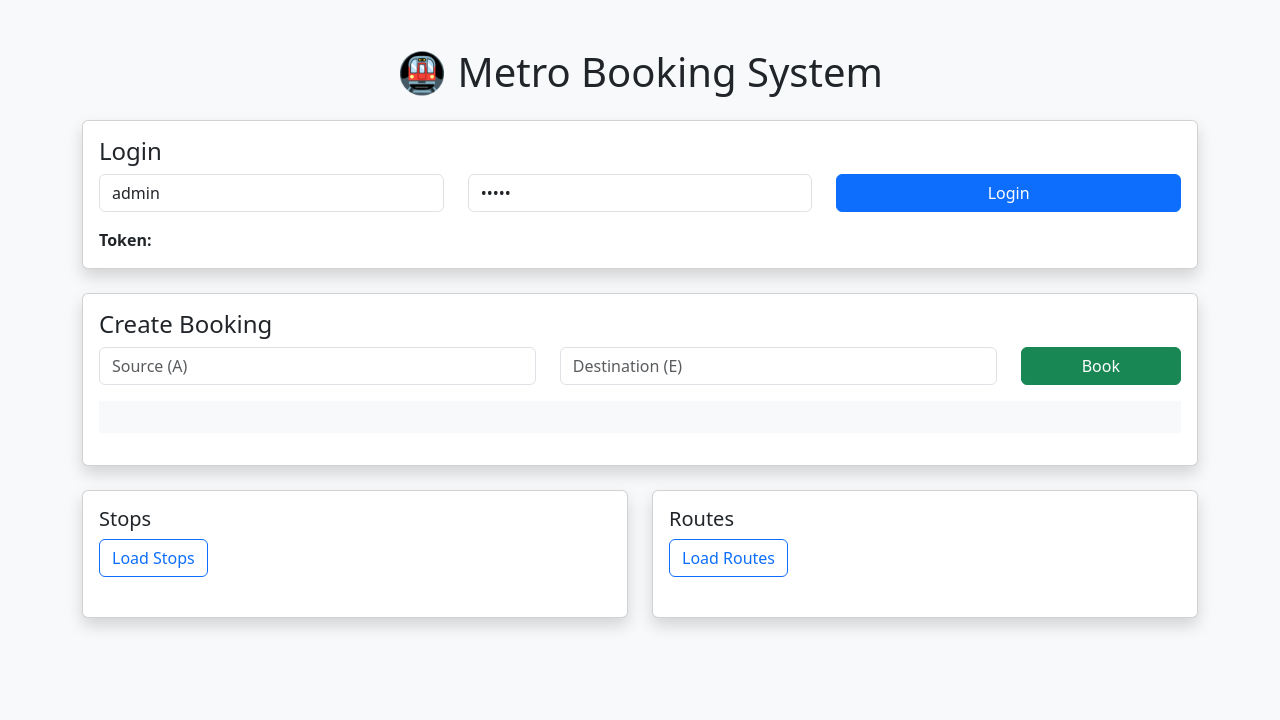
Repository: aksah72/Metro-Booking-System
Page: MetroBookingService/ui/index.html
These files come from the project's save history. The page is drawn as it stood at one moment and after the next save; the edit follows.
The browser window is 1280 px wide. The pictures show the whole page.

Above is the page before, as saved 2026-02-21 12:30:19.

### MetroBookingService/ui/index.html
<!DOCTYPE html>
<html>
<head>
    <title>Metro Booking System</title>

    <!-- Bootstrap CDN -->
    <link href="https://cdn.jsdelivr.net/npm/bootstrap@5.3.2/dist/css/bootstrap.min.css" rel="stylesheet">

</head>

<body class="bg-light">

<div class="container mt-5">

    <h1 class="text-center mb-4">🚇 Metro Booking System</h1>

    <!-- Login Card -->
    <div class="card shadow mb-4">
        <div class="card-body">
            <h4>Login</h4>

            <div class="row">
                <div class="col-md-4">
                    <input type="text" id="username" class="form-control" value="admin">
                </div>
                <div class="col-md-4">
                    <input type="password" id="password" class="form-control" value="admin">
                </div>
                <div class="col-md-4">
                    <button class="btn btn-primary w-100" onclick="login()">Login</button>
                </div>
            </div>

            <div class="mt-3">
                <strong>Token:</strong>
                <span id="tokenDisplay" class="text-success"></span>
            </div>
        </div>
    </div>

    <!-- Booking Card -->
    <div class="card shadow mb-4">
        <div class="card-body">
            <h4>Create Booking</h4>

            <div class="row">
                <div class="col-md-5">
                    <input type="text" id="source" class="form-control" placeholder="Source (A)">
                </div>
                <div class="col-md-5">
                    <input type="text" id="destination" class="form-control" placeholder="Destination (E)">
                </div>
                <div class="col-md-2">
                    <button class="btn btn-success w-100" onclick="createBooking()">Book</button>
                </div>
            </div>

            <div id="bookingAlert" class="mt-3"></div>

            <pre id="bookingResult" class="bg-light p-3 mt-3"></pre>
        </div>
    </div>

    <!-- Stops and Routes -->
    <div class="row">
        <div class="col-md-6">
            <div class="card shadow mb-4">
                <div class="card-body">
                    <h5>Stops</h5>
                    <button class="btn btn-outline-primary mb-2" onclick="getStops()">Load Stops</button>
                    <pre id="stopsResult"></pre>
                </div>
            </div>
        </div>

        <div class="col-md-6">
            <div class="card shadow mb-4">
                <div class="card-body">
                    <h5>Routes</h5>
                    <button class="btn btn-outline-primary mb-2" onclick="getRoutes()">Load Routes</button>
                    <pre id="routesResult"></pre>
                </div>
            </div>
        </div>
    </div>

</div>

<script>

let authToken = "";

async function login() {

    const username = document.getElementById("username").value;
    const password = document.getElementById("password").value;

    const response = await fetch("http://localhost:8080/login", {
        method: "POST",
        headers: {"Content-Type": "application/json"},
        body: JSON.stringify({ username, password })
    });

    const data = await response.json();

    if (data.token) {
        authToken = data.token;
        document.getElementById("tokenDisplay").innerText = authToken;
    } else {
        alert("Login Failed");
    }
}

async function createBooking() {

    const source = document.getElementById("source").value;
    const destination = document.getElementById("destination").value;

    const response = await fetch("http://localhost:8080/booking", {
        method: "POST",
        headers: {
            "Content-Type": "application/json",
            "Authorization": authToken
        },
        body: JSON.stringify({ source, destination })
    });

    const data = await response.json();

    const alertBox = document.getElementById("bookingAlert");

    if (data.error) {
        alertBox.innerHTML =
            `<div class="alert alert-danger">${data.error}</div>`;
    } else {
        alertBox.innerHTML =
            `<div class="alert alert-success">Booking Successful!</div>`;
    }

    document.getElementById("bookingResult").innerText =
        JSON.stringify(data, null, 2);
}

async function getStops() {
    const response = await fetch("http://localhost:8080/stops");
    const data = await response.json();
    document.getElementById("stopsResult").innerText =
        JSON.stringify(data, null, 2);
}

async function getRoutes() {
    const response = await fetch("http://localhost:8080/routes");
    const data = await response.json();
    document.getElementById("routesResult").innerText =
        JSON.stringify(data, null, 2);
}

</script>

</body>
</html>

After the next save:
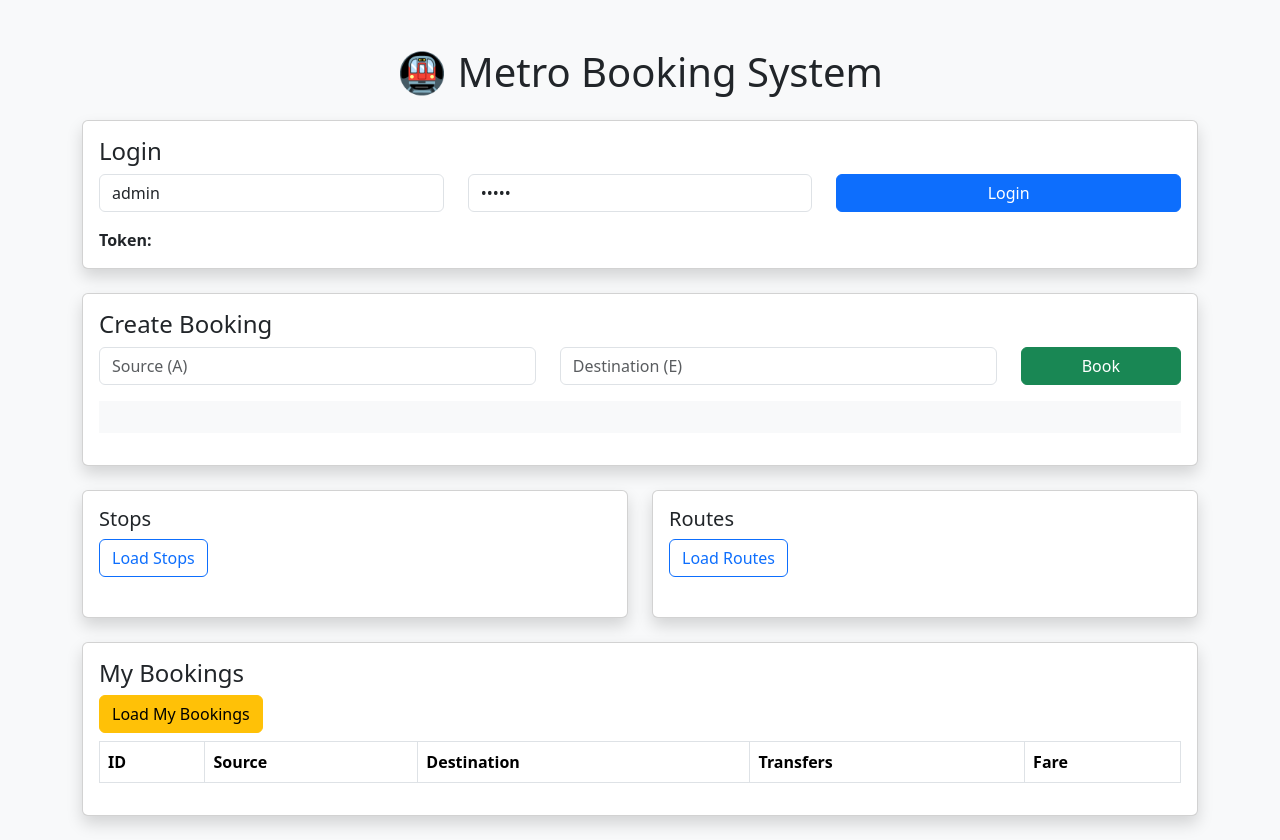
Saved 3 min 45 s later.
--- a/MetroBookingService/ui/index.html
+++ b/MetroBookingService/ui/index.html
@@ -84,6 +84,27 @@
         </div>
     </div>
 
+    <!-- Booking History -->
+<div class="card shadow mb-4">
+    <div class="card-body">
+        <h4>My Bookings</h4>
+        <button class="btn btn-warning mb-2" onclick="getBookings()">Load My Bookings</button>
+
+        <table class="table table-bordered">
+            <thead>
+                <tr>
+                    <th>ID</th>
+                    <th>Source</th>
+                    <th>Destination</th>
+                    <th>Transfers</th>
+                    <th>Fare</th>
+                </tr>
+            </thead>
+            <tbody id="bookingTable"></tbody>
+        </table>
+    </div>
+</div>
+
 </div>
 
 <script>
